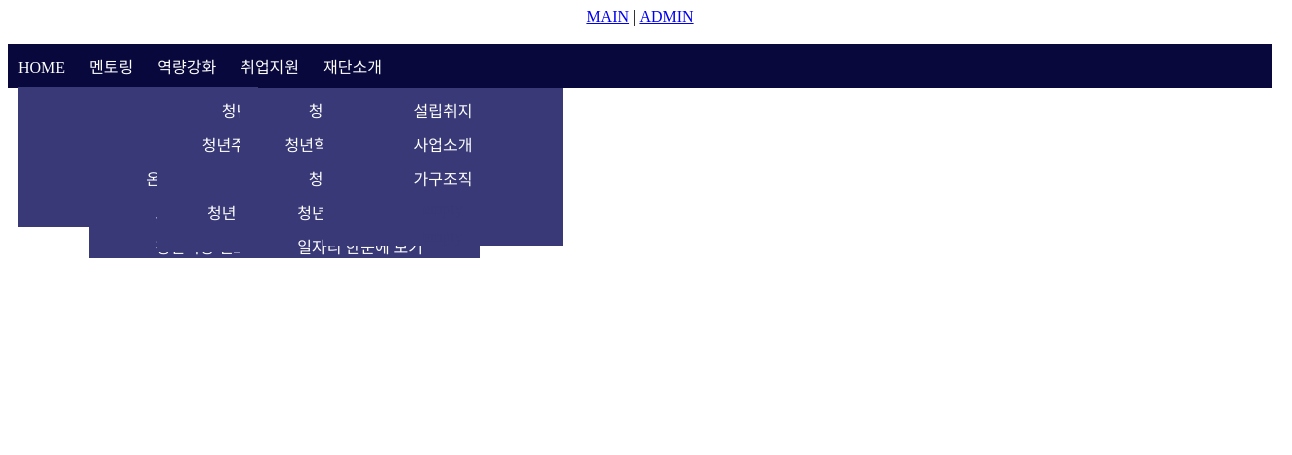
Repository: nywogud/promoPoli
Page: http://localhost/poli/WEB-INF/views/home.jsp
The author's editor kept a copy of each file at every save. The page is drawn from the files as they stood at one save, then again after the next save.
The browser window is 1280 px wide. The page is 1280 px wide, then 1292 px, then 1280 px, so the pictures cover 1292 px, including what lies to the right of the window. The pictures show the whole page.
The page is served by Tomcat 9. Nobody is signed in. The template is opened directly, without the code that normally fills it, so the values that code supplies are empty.

Above is the page before, as saved 2021-06-30 07:19:28.

After the next save:
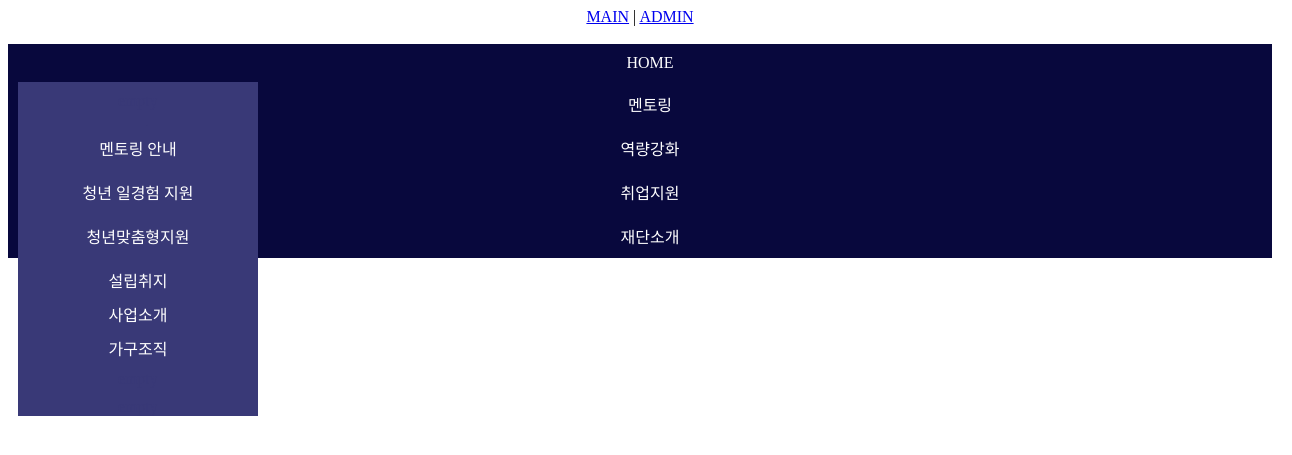
Saved 2 min 35 s later.
--- a/workspace/poli/src/main/webapp/WEB-INF/views/home.jsp
+++ b/workspace/poli/src/main/webapp/WEB-INF/views/home.jsp
@@ -19,7 +19,7 @@
 
 ul.main>li {
 	display: inline-block;
-	width: max-content;
+	width: 100%;
 	padding: 10px 10px;
 	text-align: center;
 	position: relative;

After the save that followed:
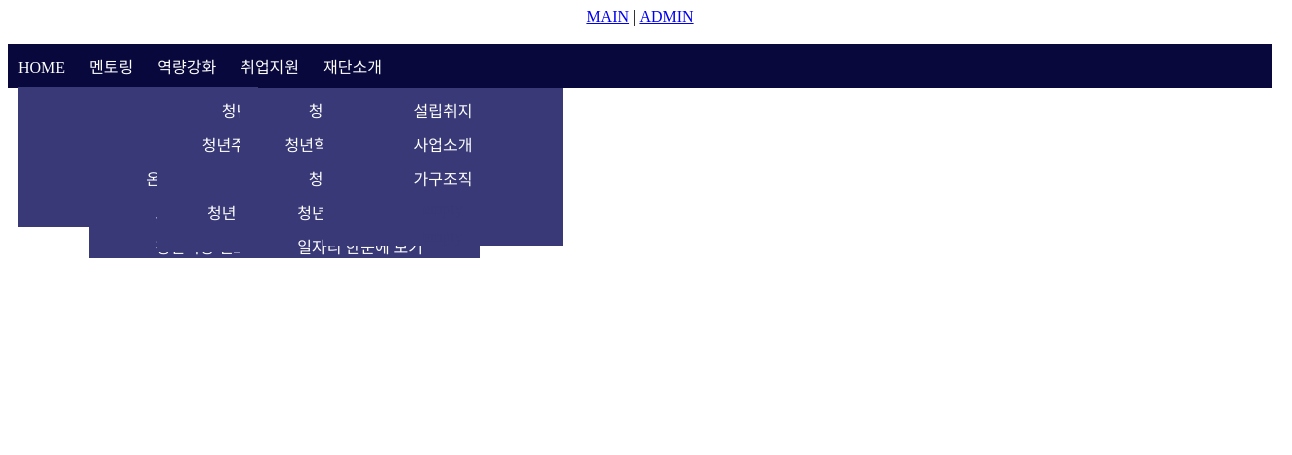
Saved 15 s later.
--- a/workspace/poli/src/main/webapp/WEB-INF/views/home.jsp
+++ b/workspace/poli/src/main/webapp/WEB-INF/views/home.jsp
@@ -15,11 +15,12 @@
 ul.main {
 	color: white;
 	background: rgb(8, 8, 61);
+	width: 100%;
 }
 
 ul.main>li {
 	display: inline-block;
-	width: 100%;
+
 	padding: 10px 10px;
 	text-align: center;
 	position: relative;
